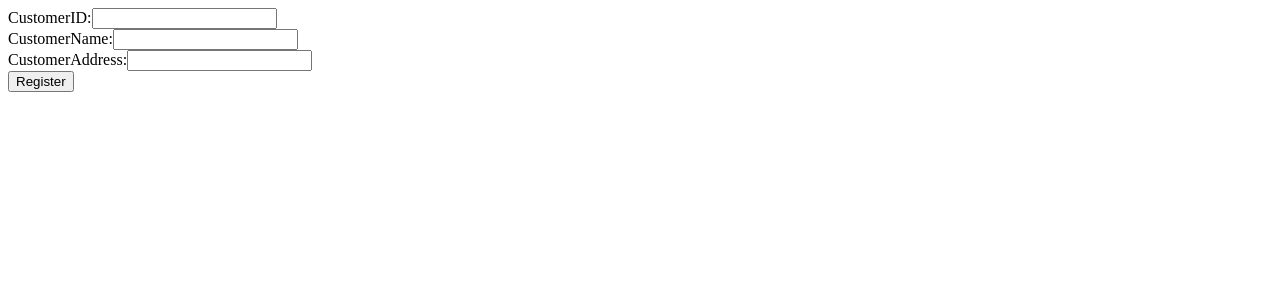
Repository: Yogashree-v-h-27/Ticket_Booking_webApp
Page: Ticket_Booking/WebContent/register.html
The author's editor kept a copy of each file at every save. The page is drawn from the files as they stood at one save, then again after a run of saves.
The browser window is 1280 px wide. The pictures show the whole page.

Above is the page before, as saved 2021-06-14 07:33:28.

### Ticket_Booking/WebContent/register.html
<!DOCTYPE html>
<html>
<head>
<meta charset="ISO-8859-1">
<title>Registration page</title>
</head>
<body>
<form action="servlet/Register" method="post">
CustomerID:<input type="text" name="Customer ID"/><br/>
CustomerName:<input type="text" name="Customer Name"/><br/>
CustomerAddress:<input type="text" name="Customer Address"/><br/>
<input type="submit" value="Register">
</form>
</body>
</html>

After the next 2 saves:
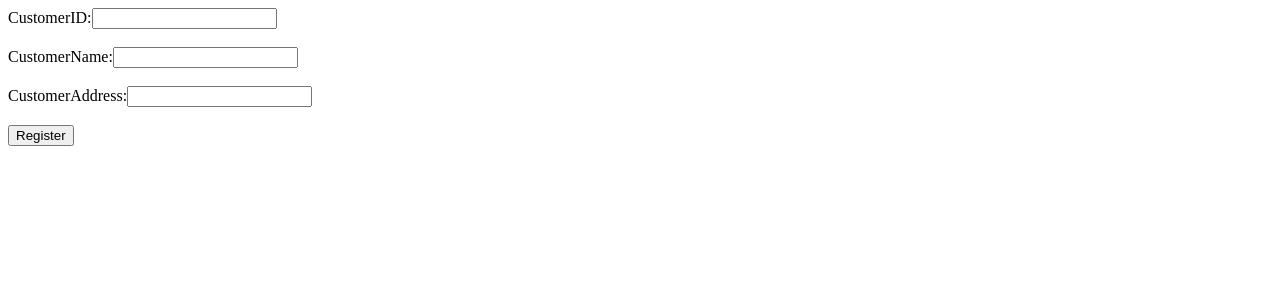
The 2 saves are shown as one change because 1 did not build or start.
The last was saved 41 s later.
--- a/Ticket_Booking/WebContent/register.html
+++ b/Ticket_Booking/WebContent/register.html
@@ -6,9 +6,9 @@
 </head>
 <body>
 <form action="servlet/Register" method="post">
-CustomerID:<input type="text" name="Customer ID"/><br/>
-CustomerName:<input type="text" name="Customer Name"/><br/>
-CustomerAddress:<input type="text" name="Customer Address"/><br/>
+CustomerID:<input type="text" name="Customer ID"/><br/><br/>
+CustomerName:<input type="text" name="Customer Name"/><br/><br/>
+CustomerAddress:<input type="text" name="Customer Address"/><br/><br/>
 <input type="submit" value="Register">
 </form>
 </body>
